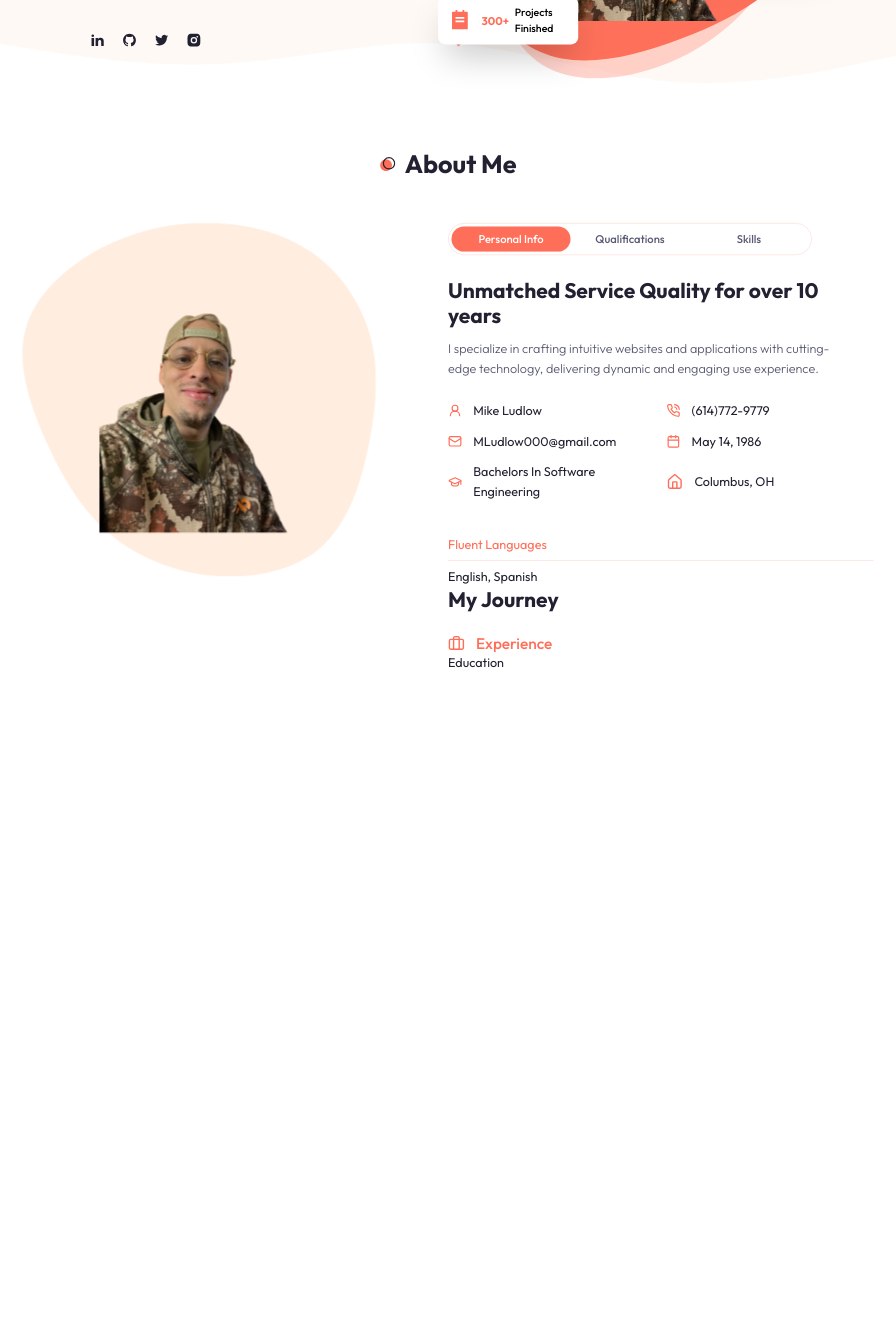
Repository: MikeeBuilds/mike-port
Page: /
The author's editor kept a copy of each file at every save. The page is drawn from the files as they stood at one save, then again after the next save.
The browser window is 1280 px wide. The pictures show the part of the page from y = 589 to 2509 px (the page is 5591 px tall), at 70% of full size.
The project was rebuilt for these pictures with package versions that can differ from the ones it lists, and the page was loaded fresh each time. The framework's server and built-in components were replaced by stand-ins that run in the browser. Also part of the build but not shown: next.config.js.

Above is the page before, as saved 2023-11-30 22:15:42.

### app/layout.jsx
import { Outfit } from 'next/font/google'
import './globals.css'
import Header from '@/components/Header'
import Footer from '@/components/Footer'
import { ThemeProvider } from '@/components/ThemeProvider'

const outfit = Outfit({ subsets: ['latin'] })

export const metadata = {
  title: 'Mike Ludlow | Dev',
  description: 'Generated by create next app',
}

export default function RootLayout({ children }) {
  return (
    <html lang="en" suppressHydrationWarning>
      <body className={outfit.className}
      >
        <ThemeProvider attribute="class" defaultTheme="light">
          <Header />
            {children}
          <Footer />
        </ThemeProvider>
      </body>
    </html>
  )
}

### app/page.jsx
import About from '@/components/About'
import Hero from '@/components/Hero'
import { main } from 'json'
import Image from 'next/image'

export default function Home() {
  return (
    <main>
      <Hero/>
      <About/>
    </main>
  )
}

### components/Header.jsx
"use client";
import React, { useState, useEffect } from "react";

// components
import Logo from "./Logo";
import ThemeToggler from "./ThemeToggler";
import Nav from "./Nav";
import MobileNav from "./MobileNav";
import { usePathname } from "next/navigation";

const Header = () => {
  const [header, setHeader] = useState(false);
  const pathname = usePathname();

  useEffect(() => {
    const scrollYpos = window.addEventListener("scroll", () => {
      window.scrollY > 50 ? setHeader(true) : setHeader(false);
    });

    // remove event
    return () => window.removeEventListener("scroll", scrollYpos);
  });

  return (
    <header
      className={`${
        header
          ? "py-4 bg-white shadow-lg dark:bg-accent"
          : "py-6 dark:bg-transparent"
      } sticky top-0 z-30 transition-all ${pathname === '/' && 'bg-white'}`}
    >
      <div className="container mx-auto">
        <div className="flex justify-between items-center">
          <Logo />
          <div className="flex items-center gap-x-6">
            {/* nav */}
            <Nav
              containerStyles="hidden xl:flex gap-x-8 items-center"
              linkStyles="relative hover:text-primary transition-all"
              underlineStyles="absolute left-0 top-full h-[2px] bg-primary w-full"
            />
            <ThemeToggler />
            {/* mobile nav */}
            <div className="lg:hidden">
              <MobileNav />
            </div>
          </div>
        </div>
      </div>
    </header>
  );
};

export default Header;

### components/Footer.jsx

const Footer = () => {
  return (
    <footer>Footer</footer>
  )
}

export default Footer

### components/ThemeProvider.jsx
"use client"


import {
    ThemeProvider as NextThemesProvider
} from "next-themes";



export function ThemeProvider({ children, ...props}) {
    return <NextThemesProvider {...props}>{children}</NextThemesProvider>
}

### components/About.jsx
import DevImg from "./DevImg";
import image from "next/image";
import { Tabs, TabsContent, TabsList, TabsTrigger } from "@/components/ui/tabs";

import {
  User2,
  MailIcon,
  HomeIcon,
  PhoneCall,
  GraduationCap,
  Calendar,
  Briefcase,
} from "lucide-react";

const infoData = [
  {
    icon: <User2 size={20} />,
    text: "Mike Ludlow",
  },
  {
    icon: <PhoneCall size={20} />,
    text: "(614)772-9779",
  },
  {
    icon: <MailIcon size={20} />,
    text: "MLudlow000@gmail.com",
  },
  {
    icon: <Calendar size={20} />,
    text: "May 14, 1986",
  },
  {
    icon: <GraduationCap size={20} />,
    text: "Bachelors In Software Engineering",
  },
  {
    icon: <HomeIcon sizes={20} />,
    text: "Columbus, OH",
  },
];

const qualificationData = [
  {
    title: "education",
    data: [
      {
        university: "Columbus State Community College",
        qualification: "Bachelor Of Science",
        years: "2019-2024",
      },
      {
        university: "Learn Web3",
        qualification: "Ethereum Developer Degree",
        years: "2022-2023",
      },
      {
        university: "Alchemy University",
        qualification: "Learn Javascript",
        years: "2023",
      },
    ],
  },
  {
    title: "experience",
    data: [
      {
        company: "Takify AI Startup",
        qualification: "Software Developer",
        years: "2022-present",
      },
      // {
      //   company: 'Takify AI Startup',
      //   qualification: 'Software Developer',
      //   years: '2022-present'
      // },
      // {
      //   company: 'Takify AI Startup',
      //   qualification: 'Software Developer',
      //   years: '2022-present'
      // },
    ],
  },
];

const skillData = [
  {
    title: "skills",
    data: [
      {
        name: "HTML, CSS",
      },
      {
        name: "Front-end Development",
      },
      {
        name: "Javascript, PHP",
      },
      {
        name: "Back-end Development",
      },
    ],
  },
  {
    title: "tools",
    data: [
      {
        imgPath: "/about/vscode.svg",
      },
      {
        imgPath: "/about/figma.svg",
      },
      {
        imgPath: "/about/notion.svg",
      },
      {
        imgPath: "/about/wordpress.svg",
      },
    ],
  },
];

const About = () => {
  const getData = (arr, title) => {
    return arr.find((item) => item.title === title);
  };

  return (
    <section className="xl:h-[860px] pb-12 xl:py-24">
      <div className="container mx-auto">
        <h2 className="section-title mb-8 xl:mb-16 text-center mx-auto">
          About Me
        </h2>
        <div className="flex flex-col xl:flex-row">
          {/* iamge */}
          <div className="hidden xl:flex flex-1 relative">
            <DevImg
              containerStyles="bg-about_shape_light dark:bg-about_shape_dark w-[505px] h-[505px] bg-no-repeat relative"
              imgSrc="/about/developer.png"
            />
          </div>
          {/* tabs */}
          <div className="flex-1">
            <Tabs defaultValue="personal">
              <TabsList className="w-full grid xl:grid-cols-3 xl:max-w-[520px] xl:border dark:border-none">
                <TabsTrigger className="w-[162px] xl:w-auto" value="personal">
                  Personal Info
                </TabsTrigger>
                <TabsTrigger
                  className="w-[162px] xl:w-auto"
                  value="qualifications"
                >
                  Qualifications
                </TabsTrigger>
                <TabsTrigger className="w-[162px] xl:w-auto" value="skills">
                  Skills
                </TabsTrigger>
              </TabsList>
              {/* tabs content */}
              <div className="text-lg mt:12 xl:mt-8">
                {/* personal */}
                <TabsContent value="personal">
                  <div className="text-center xl:text-left">
                    <h3 className="h3 mb-4">
                      Unmatched Service Quality for over 10 years
                    </h3>
                    <p className="subtitle max-w-xl mx-auto xl:mx-0">
                      I specialize in crafting intuitive websites and
                      applications with cutting-edge technology, delivering
                      dynamic and engaging use experience.
                    </p>
                    {/* icons */}
                    <div className="grid xl:grid-cols-2 gap-4 mb-12">
                      {infoData.map((item, index) => {
                        return (
                          <div
                            className="flex items-center gap-x-4 mx-auto xl:mx-0"
                            key={index}
                          >
                            <div className="text-primary">{item.icon}</div>
                            <div>{item.text}</div>
                          </div>
                        );
                      })}
                    </div>
                    {/* Languages */}
                    <div className="flex flex-col gap-y-2">
                      <div className="text-primary">
                        Fluent Languages
                      </div>
                      <div className="border-b border-border"></div>
                      <div>English, Spanish</div>
                    </div>
                  </div>
                </TabsContent>
                {/* qualifications */}
                <div className="">
                  <h3 className="h3 mb-8 text-center xl:text-left">My Journey</h3>
                  {/* experience & education wrapper */}
                  <div>
                    {/* experience */}
                    <div>
                      <div className="flex gap-x-4 items-center text-[22px] text-primary">
                        <Briefcase/>
                        <h4 className="capitalize font-medium">
                          {getData(qualificationData, 'experience').title}
                        </h4>
                      </div>
                      {/* list */}
                      <div>
                        {getData(qualificationData, 'experience').data.map((item, index) => {
                          const {company, role, years} = item;
                          return (
                            <div key={index}></div>
                          )
                        })}
                      </div>
                    </div>
                    {/* education */}
                    <div>Education</div>
                  </div>
                </div>
                <TabsContent value="qualifications">
                  qualifications info
                </TabsContent>
                <TabsContent value="skills">skills info</TabsContent>
              </div>
            </Tabs>
          </div>
        </div>
      </div>
    </section>
  );
};

export default About;

### components/Logo.jsx
import Link from "next/link";
import Image from "next/image";


const Logo = () => {
  return (
    <Link href="/">
        <Image src='/logo.svg' width={54} height={54} priority alt="logo"/>
    </Link>
  )
}

export default Logo

### components/ThemeToggler.jsx
"use client";

import { Button } from "./ui/button";
import { MoonIcon, SunIcon } from "@radix-ui/react-icons";
import { useTheme } from "next-themes";

const ThemeToggler = () => {
  const { theme, setTheme } = useTheme();
  return (
    <Button variant='outline' size="outline" onClick={() => setTheme(theme === 'dark' ? 'light' : 'dark')}>
      <SunIcon
        className="h-[1.2rem] w-[1.2rem] rotate-0 scale-100 transition-all
      dark:rotate-90 dark:scale-0"
      />
      <MoonIcon
        className="absolute h-[1.2rem] w-[1.2rem] rotate-90 scale-0 transition-all
       dark:rotate-0 dark:scale-100"
      />
    </Button>
  );
};

export default ThemeToggler;

### components/Nav.jsx
import Link from "next/link";

//next hooks
import { usePathname } from "next/navigation";

//framer motion
import { motion } from "framer-motion";

const links = [
  { path: "/", name: "home" },
  { path: "/projects", name: "my projects" },
  { path: "/contact", name: "contact" },
];

const Nav = ({ containerStyles, linkStyles, underlineStyles }) => {
  const path = usePathname();
  return (
    <nav className={`${containerStyles}`}>
      {links.map((link, index) => {
        return (
          <Link
            href={link.path}
            key={index}
            className={`capitalize ${linkStyles}`}
          >
            {link.path === path && (
              <motion.span
                initial={{ y: "-100%" }}
                animate={{ y: 0 }}
                transition={{ type: "tween" }}
                layoutId="underline"
                className={`${underlineStyles}`}
              />
            )}
            {link.name}
          </Link>
        );
      })}
    </nav>
  );
};

export default Nav;

### components/MobileNav.jsx
import { Sheet, SheetContent, SheetTrigger } from "@/components/ui/sheet";
import { AlignJustify } from "lucide-react";

import Nav from "./Nav";
import Logo from "./Logo";
import Socials from "./Socials";

const MobileNav = () => {
  return (
    <Sheet>
      <SheetTrigger asChild>
        <AlignJustify className="cursor-pointer" />
      </SheetTrigger>
      <SheetContent>
        <div className="flex flex-col items-center justify-between h-full py-8">
          <div className="flex flex-col items-center gap-y-32">
            <Logo />
            <Nav
              containerStyles="flex flex-col items-center gap-y-6"
              linkStyles="text-2xl"
            />
          </div>
            <Socials containerStyles='flex gap-x-4' iconStyles='text-2xl'/>
        </div>
      </SheetContent>
    </Sheet>
  );
};

export default MobileNav;

### components/DevImg.jsx
import Image from "next/image";

const DevImg = ({ containerStyles, imgSrc }) => {
  return <div className={`${containerStyles}`}>
    <Image src={imgSrc} fill priority alt="" />
  </div>;
};

export default DevImg;

### components/ui/tabs.jsx
"use client";

import * as React from "react";
import * as TabsPrimitive from "@radix-ui/react-tabs";

import { cn } from "@/lib/utils";

const Tabs = TabsPrimitive.Root;

const TabsList = React.forwardRef(({ className, ...props }, ref) => (
  <TabsPrimitive.List
    ref={ref}
    className={cn(
      "inline-flex items-center justify-center xl:bg-white p-1 text-muted-foreground rounded-[30px] dark:md:bg-secondary",
      className
    )}
    {...props}
  />
));
TabsList.displayName = TabsPrimitive.List.displayName;

const TabsTrigger = React.forwardRef(({ className, ...props }, ref) => (
  <TabsPrimitive.Trigger
    ref={ref}
    className={cn(
      "inline-flex items-center justify-center whitespace-nowrap rounded-full px-3 py-1.5 text-base font-medium ring-offset-background transition-all focus-visible:outline-none focus-visible:ring-2 focus-visible:ring-ring focus-visible:ring-offset-2 disabled:pointer-events-none disabled:opacity-50 data-[state=active]:bg-primary data-[state=active]:text-white data-[state=active]:shadow-sm ",
      className
    )}
    {...props}
  />
));
TabsTrigger.displayName = TabsPrimitive.Trigger.displayName;

const TabsContent = React.forwardRef(({ className, ...props }, ref) => (
  <TabsPrimitive.Content
    ref={ref}
    className={cn(
      "mt-2 ring-offset-background focus-visible:outline-none focus-visible:ring-2 focus-visible:ring-ring focus-visible:ring-offset-2",
      className
    )}
    {...props}
  />
));
TabsContent.displayName = TabsPrimitive.Content.displayName;

export { Tabs, TabsList, TabsTrigger, TabsContent };

### components/ui/button.jsx
import * as React from "react"
import { Slot } from "@radix-ui/react-slot"
import { cva } from "class-variance-authority";

import { cn } from "@/lib/utils"

const buttonVariants = cva(
  "inline-flex items-center justify-center whitespace-nowrap rounded-full text-base font-medium ring-offset-background transition-colors focus-visible:outline-none focus-visible:ring-2 focus-visible:ring-ring focus-visible:ring-offset-2 disabled:pointer-events-none disabled:opacity-50",
  {
    variants: {
      variant: {
        default: "bg-primary text-primary-foreground hover:bg-primary/90",
        destructive:
          "bg-destructive text-destructive-foreground hover:bg-destructive/90",
        outline:
          "border border-input bg-background hover:bg-accent hover:text-accent-foreground",
        secondary:
          "bg-secondary text-secondary-foreground hover:bg-secondary/80",
        ghost: "hover:bg-accent hover:text-accent-foreground",
        link: "text-primary underline-offset-4 hover:underline",
      },
      size: {
        default: "h-[54px] px-6 py-2 min-w-[166px]",
        sm: "h-9 rounded-md px-3",
        lg: "h-11 rounded-md px-8",
        icon: "h-10 w-10",
      },
    },
    defaultVariants: {
      variant: "default",
      size: "default",
    },
  }
)

const Button = React.forwardRef(({ className, variant, size, asChild = false, ...props }, ref) => {
  const Comp = asChild ? Slot : "button"
  return (
    (<Comp
      className={cn(buttonVariants({ variant, size, className }))}
      ref={ref}
      {...props} />)
  );
})
Button.displayName = "Button"

export { Button, buttonVariants }

### components/Badge.jsx
"use client"
import CountUp from 'react-countup';

const Badge = ({
  containerstyles,
  icon,
  endCountNum,
  endCountText,
  badgeText
}) => {
  return <div className={`badge ${containerstyles}`}>
    <div className='text-3xl text-primary'>{icon}</div>
    <div className='flex items-center gap-x-2'>
      <div className='text-4-xl leading-none font-bold text-primary'>
        <CountUp end={endCountNum} delay={1} duration={4}/>
        {endCountText}
      </div>
      <div className='max-w-[70px] leadin-none text-[15px] font-medium text-black'>{badgeText}</div>
    </div>
  </div>;
};

export default Badge;

### components/Socials.jsx
'use client'

import {
  RiLinkedinFill,
  RiGithubFill,
  RiTwitterFill,
  RiInstagramFill
} from 'react-icons/ri';

import Link from 'next/link';

const icons = [
  {
    path: '/',
    name: <RiLinkedinFill />,
  },
  {
    path: '/',
    name: <RiGithubFill />,
  },{
    path: '/',
    name: <RiTwitterFill />,
  },{
    path: '/',
    name: <RiInstagramFill />,
  },
]


import React from "react";

const Socials = ({ containerStyles, iconStyles}) => {
  return <div className={`${containerStyles}`}>
    {icons.map((icon, index) => {
      return <Link href={icon.path} key={index}>
        <div className={`${iconStyles}`}>
          {icon.name}
        </div>
      </Link>
    })}
  </div>;
};

export default Socials;

Loaded but not shown: lib/utils.js (common file); tailwind.config.js (90 lines, source omitted); app/template.js (36 lines, source omitted); hooks/useScrollProgress.js (25 lines, source omitted); components/ui/sheet.jsx (109 lines, source omitted); components/Hero.jsx (90 lines, source omitted); app/globals.css (93 lines, source omitted)

After the next save:
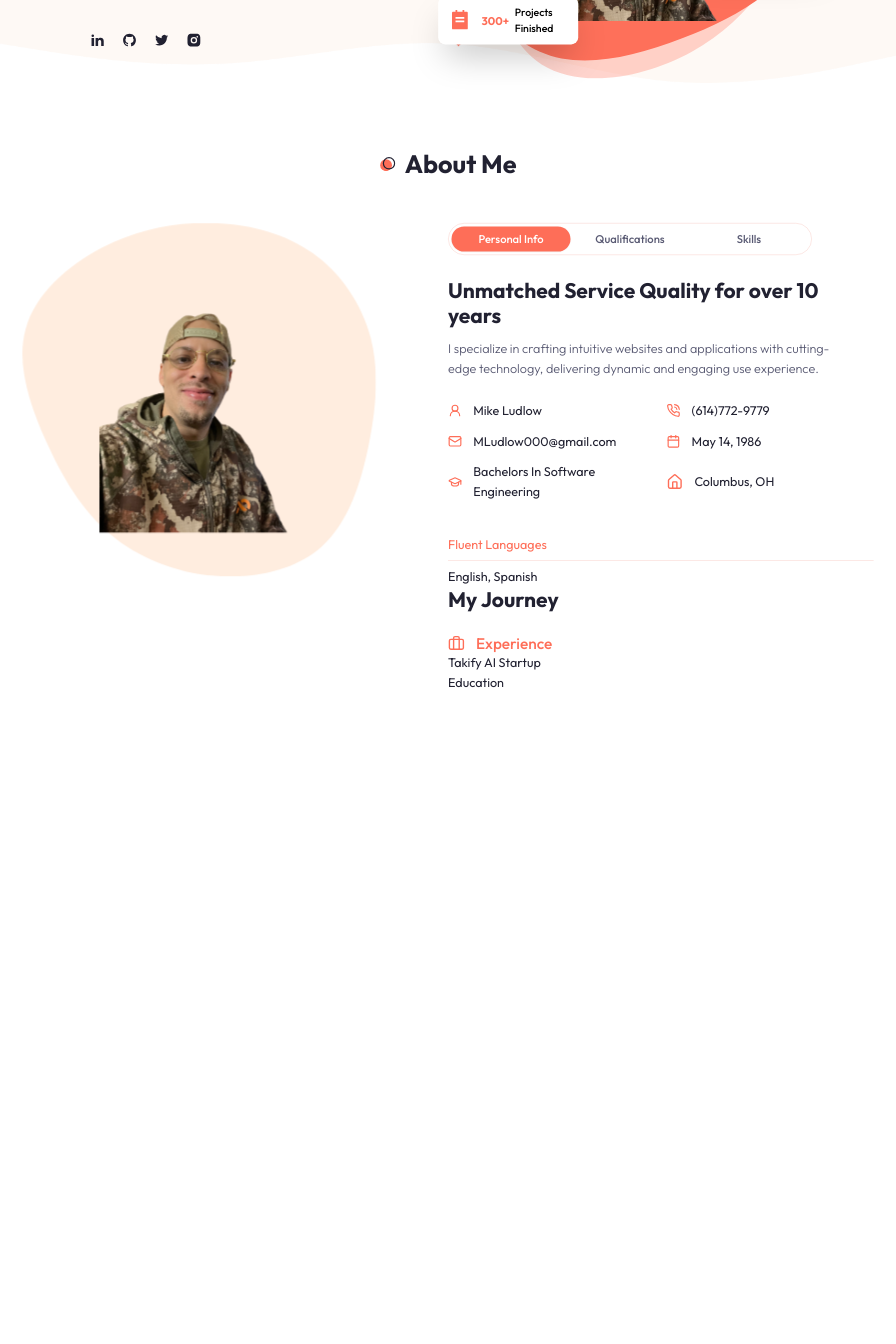
Saved 9 s later.
--- a/components/About.jsx
+++ b/components/About.jsx
@@ -210,7 +210,7 @@
                         {getData(qualificationData, 'experience').data.map((item, index) => {
                           const {company, role, years} = item;
                           return (
-                            <div key={index}></div>
+                            <div key={index}>{company}</div>
                           )
                         })}
                       </div>

After the 5 saves that followed:
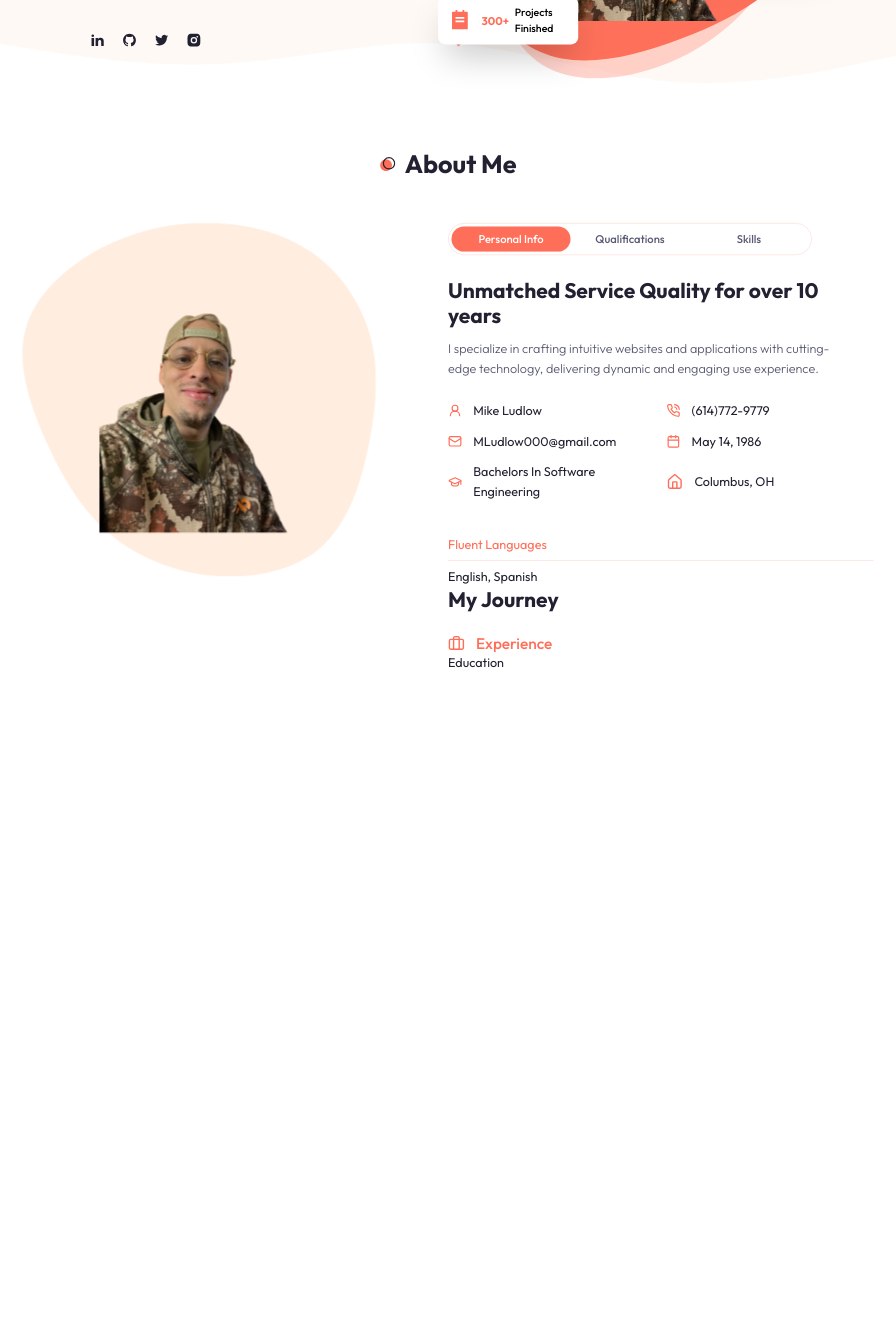
The 5 saves are shown as one change because 1 did not build or start and 2 left the picture as it was and some came seconds apart.
The last was saved 47 s later.
--- a/components/About.jsx
+++ b/components/About.jsx
@@ -210,7 +210,8 @@
                         {getData(qualificationData, 'experience').data.map((item, index) => {
                           const {company, role, years} = item;
                           return (
-                            <div key={index}>{company}</div>
+                            <div key={index}>
+                              </div>
                           )
                         })}
                       </div>
